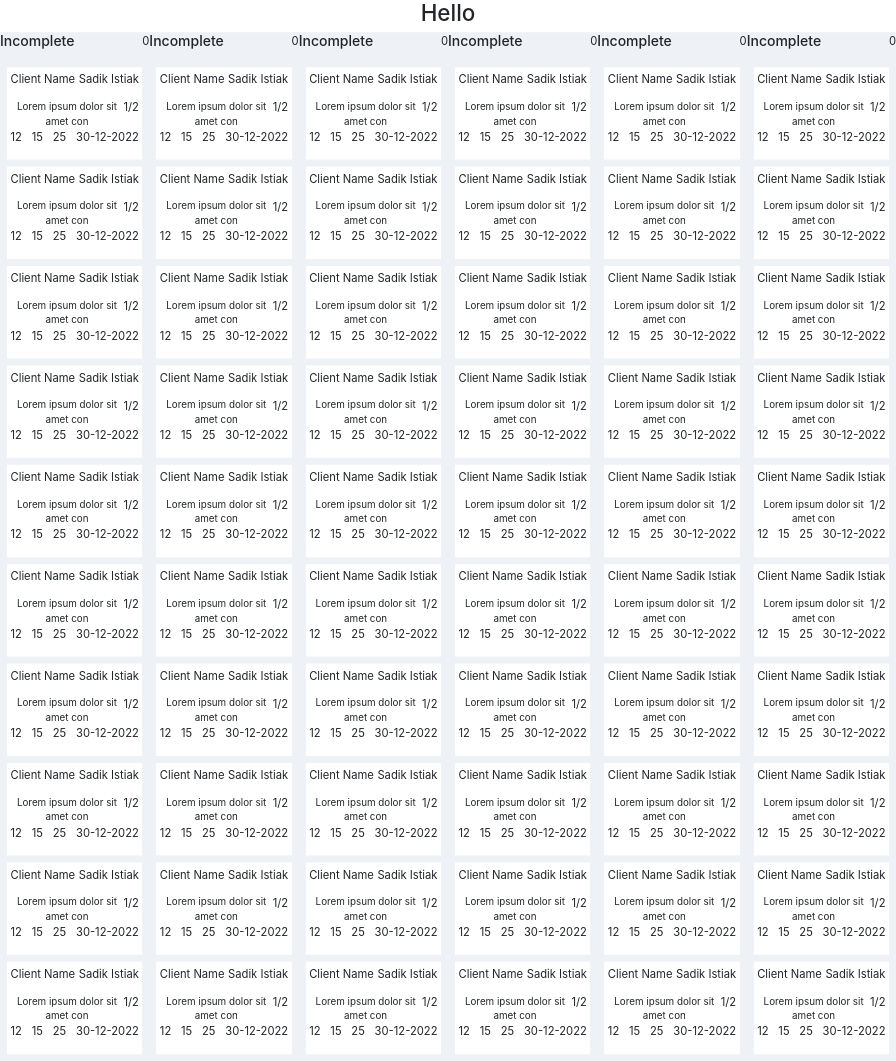
Repository: Sharif-00112/dashboard-task-frontend
Page: /
These files come from the project's save history. The page is drawn as it stood at one moment and after the next save; the edit follows.
The browser window is 1280 px wide. The pictures show the part of the page from y = 0 to 1920 px (the page is 1516 px tall before and 8746 px after), at 70% of full size.
The project was rebuilt for these pictures with package versions that can differ from the ones it lists, and the page was loaded fresh each time.

Above is the page before, as saved 2023-01-28 20:28:19.

After the next save:
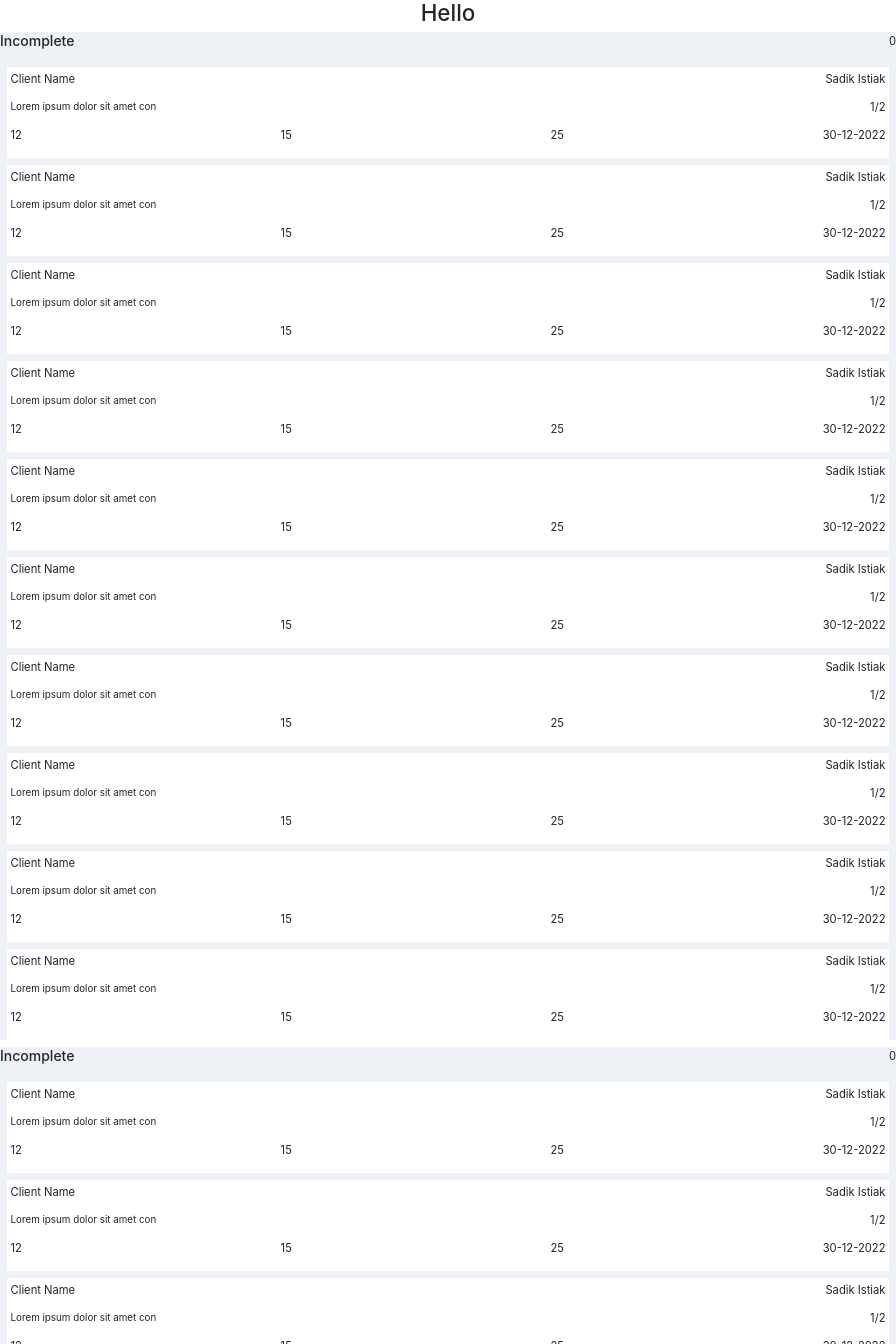
Saved 99 s later.
--- a/src/Components/styles.css
+++ b/src/Components/styles.css
@@ -13,7 +13,7 @@
     padding: 5px;
 }
 
-.dashboard{
+/* .dashboard{
     display: grid;
     grid-template-columns: 1fr 1fr 1fr 1fr 1fr 1fr;
-}
+} */

After the save that followed:
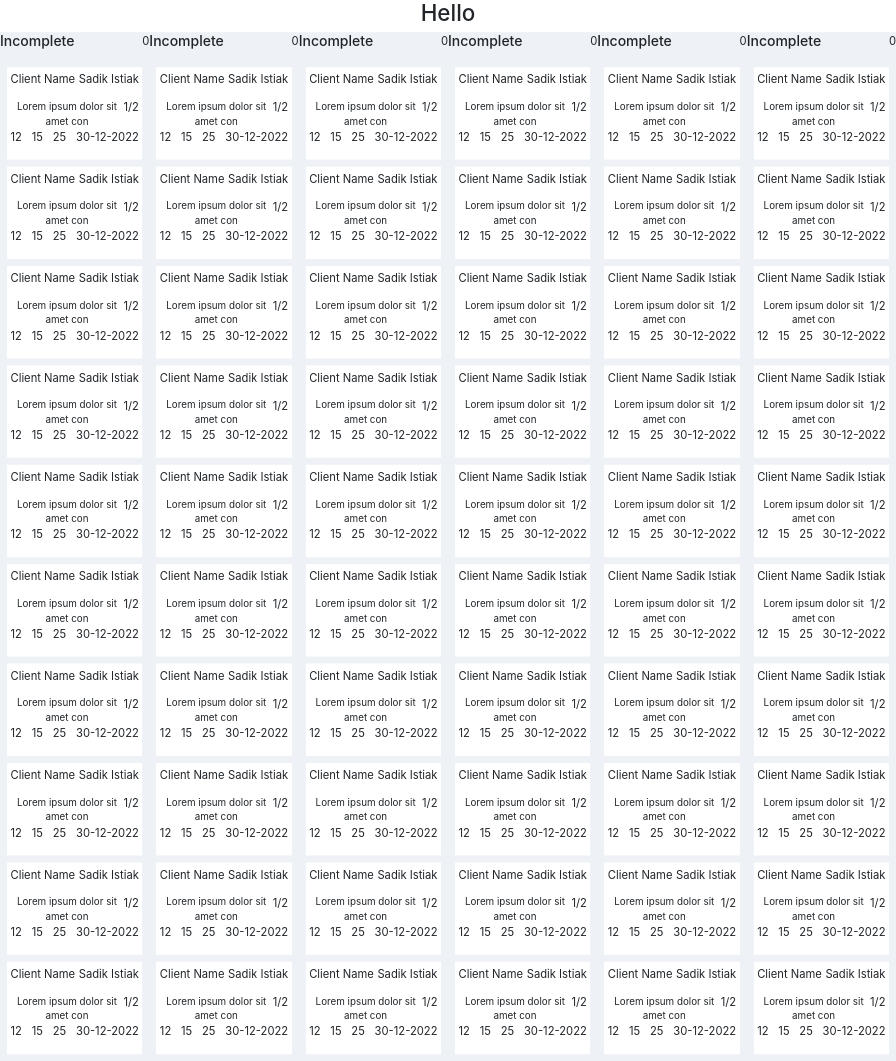
Saved 39 s later.
--- a/src/Components/styles.css
+++ b/src/Components/styles.css
@@ -13,7 +13,9 @@
     padding: 5px;
 }
 
-/* .dashboard{
-    display: grid;
-    grid-template-columns: 1fr 1fr 1fr 1fr 1fr 1fr;
-} */
+.dashboard{
+    /* display: grid;
+    grid-template-columns: 1fr 1fr 1fr 1fr 1fr 1fr; */
+    display: flex;
+    justify-content: space-between
+}
